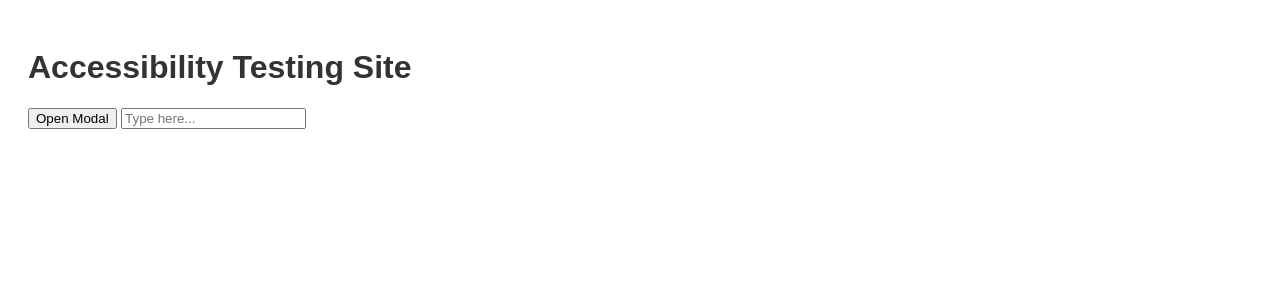
Repository: SumanReddy18/wcag_helper
Page: a11y_type_c/index.html
The author's editor kept a copy of each file at every save. The page is drawn from the files as they stood at one save, then again after the next save.
The browser window is 1280 px wide. The pictures show the whole page.

Above is the page before, as saved 2024-09-27 13:27:48.

After the next save:
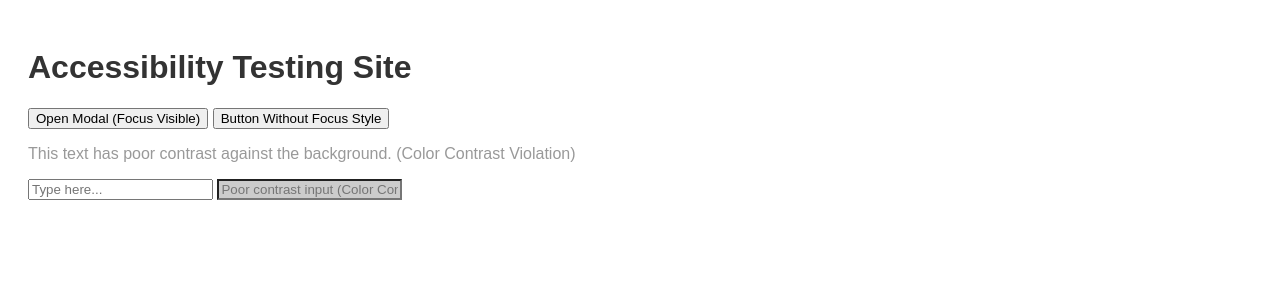
Saved 36 s later.
--- a/a11y_type_c/index.html
+++ b/a11y_type_c/index.html
@@ -10,18 +10,29 @@
 
 <body>
     <h1>Accessibility Testing Site</h1>
-    <button id="openModal">Open Modal</button>
 
+    <!-- Focus visible violation -->
+    <button id="openModal">Open Modal (Focus Visible)</button>
+    <button id="noFocus" class="no-focus">Button Without Focus Style</button> <!-- No focus style -->
+
+    <!-- Color contrast violation -->
+    <p style="color: #999;">This text has poor contrast against the background. (Color Contrast Violation)</p>
+
+    <input type="text" placeholder="Type here..." aria-label="Input field">
+    <input type="text" style="color: #fff; background: #ccc;"
+        placeholder="Poor contrast input (Color Contrast Violation)">
+
+    <!-- Focus management violations -->
     <div id="myModal" class="modal hidden">
         <div class="modal-content clipping-issue">
             <span id="closeModal" class="close">&times;</span>
             <h2>Inside Modal</h2>
             <p>This is a modal window. Ensure focus management works correctly.</p>
             <button id="insideModalButton">Inside Modal Button</button>
+            <button id="insideModalFocusLost" class="no-focus">Inside Modal Button Without Focus</button>
+            <!-- No focus style -->
         </div>
     </div>
-
-    <input type="text" placeholder="Type here..." aria-label="Input field">
 
     <script src="script.js"></script>
 </body>
